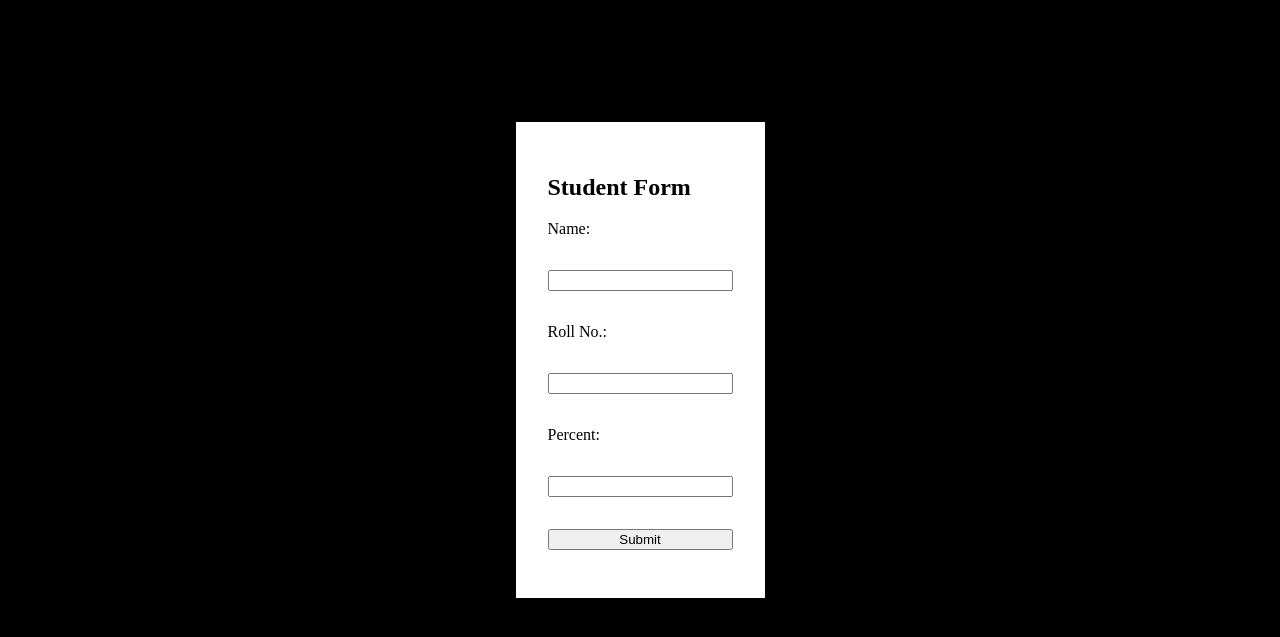
Repository: deeptimahisare1206/Todo_List
Page: http://localhost/Hib_Nest/
An editor plug-in stored every save of this project. The page is shown before and after the next save, followed by the edit.
The browser window is 1280 px wide. The pictures show the whole page.
The page is served by Tomcat 10.

Above is the page before, as saved 2024-11-09 10:54:22.

After the next save:
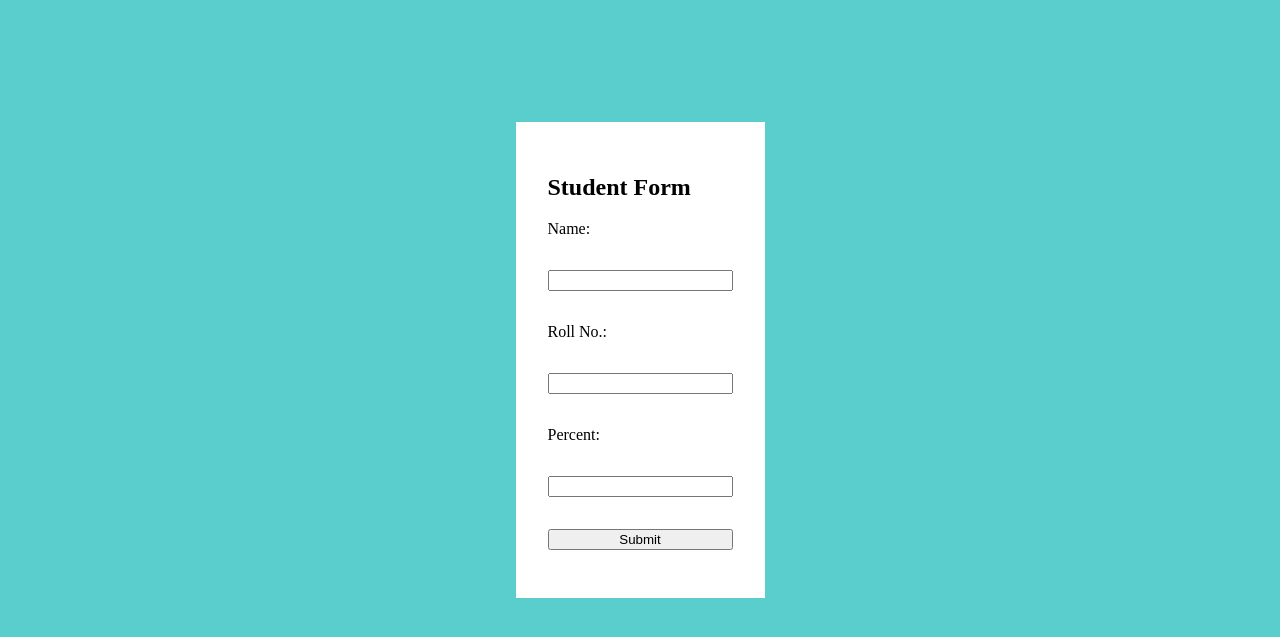
Saved 32 s later.
--- a/Hib_Nest/src/main/webapp/index.jsp
+++ b/Hib_Nest/src/main/webapp/index.jsp
@@ -3,10 +3,12 @@
 <html>
 <head>
 <style>
+
 body {
 	display: grid;
 	place-items: center;
-	background-color: black;
+	background-color: #5acdcd;
+
 }
 
 div{
